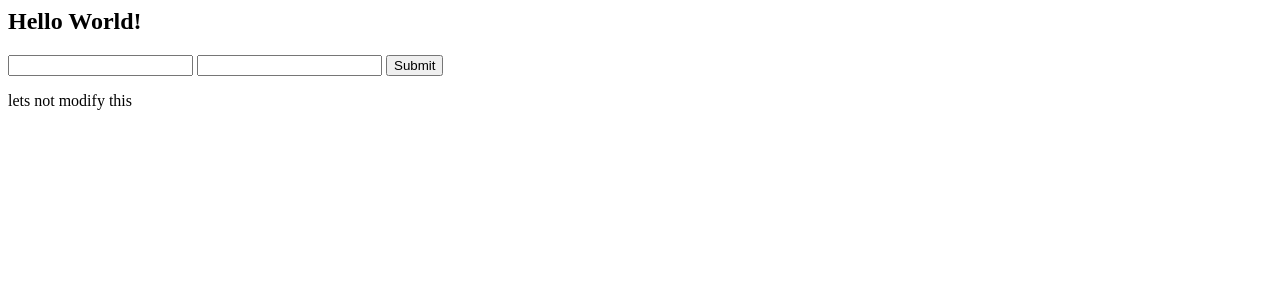
Repository: NathanDPoole/Personal
Page: Training/JavaScriptEx/src/main/webapp/html/index.html
The author's editor kept a copy of each file at every save. The page is drawn from the files as they stood at one save, then again after the next save.
The browser window is 1280 px wide. The pictures show the whole page.

Above is the page before, as saved 2017-12-28 21:52:42.
Console error: TypeError: document.getElementByID is not a function

### Training/JavaScriptEx/src/main/webapp/html/index.html
<html>
<body>
<h2>Hello World!</h2>

	<div>
		<input type="text" id="user">
		<input type="text" id="pass">
		<input type="submit" id="submint" onclick="changeParagraph()">
	</div>

	<div>
		<p id="newParagraph"></p>
	</div>

	<div id="notMidifiedbyJS">
		<p> lets not modify this </p>
	</div>

<script type="text/javascript" src="../js/HelloWorld.js"></script>
<script type="text/javascript" src="../js/domExample.js"></script>

</body>
</html>

### Training/JavaScriptEx/src/main/webapp/js/HelloWorld.js
/**
 *
 */
"use strict" //means you have to put var in front of variables
var a = 10;
console.log(a);

//document.write('never use document.write'); out-dated
//alert("pop-up boxes"); //not a good practice, easy to forget

console.log(a);

var x=10; var y=20; //global scope
function add(){
	var c = 40; //local scope
	return(x + y);
}

console.log(add);
console.log(add());
//console.log(c);


//function used as a variable
//functions can be anonymous. notice the f1 function dosn't have a name
var f1 = function(){
	return true;
}

console.log(f1());

var f2 = new Function("x", "y", "return (x*y);");
console.log(f2(20, 30));

//hoisting
console.log("result of muliplication: ", multiply(30, 40));
//call comes before execution
function multiply(d, e){
	return d*e;
}

//self invoking functions
//the definition is in the call
(function printMsg(){
	console.log("this is a message");
})();

(function (){
	console.log("anonymous self invoking");
})();

//ignores extra arguments
console.log(multiply(10,10));
console.log(multiply(10,10,20));
console.log(multiply(10,10,20,30));
//passes undefined if missing arguments
console.log(multiply(10));



function changeValues(g){
	g += ", How are you?";
	console.log(g);
	return g;
}

var h= changeValues("Tom");
console.log(h);

//overloading(more like overriding
function multiply(d, e, i){
	return d*e*i;
}

console.log(multiply(10, 20, 30));
//the latest version covers over all previous versions
console.log(multiply(10, 20));



function Person(age, name){
	this.age = age;
	this.name = name;
}

var tom = new Person(25, "Tom");

console.log(tom.age);


//more on scope
var myVar;

function assignValue(){
	myVar=10;
}
assignValue();
console.log(myVar);
//global variables retain their value even if assign inside a function

//objects

//create using new
var player = new Object();
var playerName = "Marshawn Lynch";
var playerScore = "100";

player.name = playerName;
player.score = playerScore;


//create using literals
var player1 = {name: "Joe Montana", score: 600, rank: 2};
var player2 = {name: "Tom Brady", score: 650, rank: 1};

console.log(player1.name);
console.log(player2.name);

function printPlayerInfo(){
	console.log(this.name + " scored totaly - "+ this.score);
}

player1.info = printPlayerInfo; //relating the printPlayerInfo function the the
player2.info = printPlayerInfo;	//	.info method

console.log(player1.info());
console.log(player2.info());

//closure
var counter;
function f3(){
	var counter = 0;
	counter += 1;
}
f3();
console.log(counter);
f3();
console.log(counter);
f3();
console.log(counter);
f3();
console.log(counter);

var add = (function(){
	var dd = 0;
	return( function(){ return dd+=1;});
})();

console.log(add());
console.log(add());
console.log(add());
console.log(add());

### Training/JavaScriptEx/src/main/webapp/js/domExample.js
/**
 *
 */
var u = document.getElementByID("user").val();
var p = document.getElementByID("pass").val();

var para = document.getElementByID("newParagraph");

function changeParagraph(){
	para.innerHTML = "<p> user"+ u + "is logged </p>";
}

After the next save:
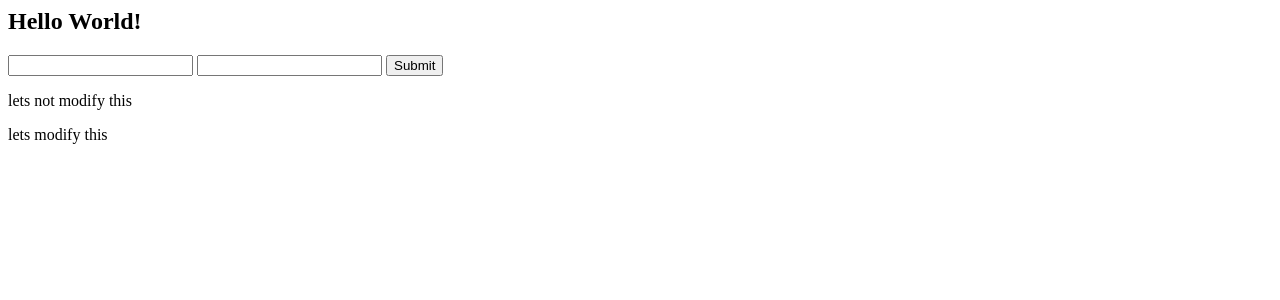
Saved 53 s later.
--- a/Training/JavaScriptEx/src/main/webapp/html/index.html
+++ b/Training/JavaScriptEx/src/main/webapp/html/index.html
@@ -16,6 +16,10 @@
 		<p> lets not modify this </p>
 	</div>
 
+	<div id="MidifiedbyJS" onmouseover="mouseHoverDOM">
+		<p> lets modify this </p>
+	</div>
+
 <script type="text/javascript" src="../js/HelloWorld.js"></script>
 <script type="text/javascript" src="../js/domExample.js"></script>
 
